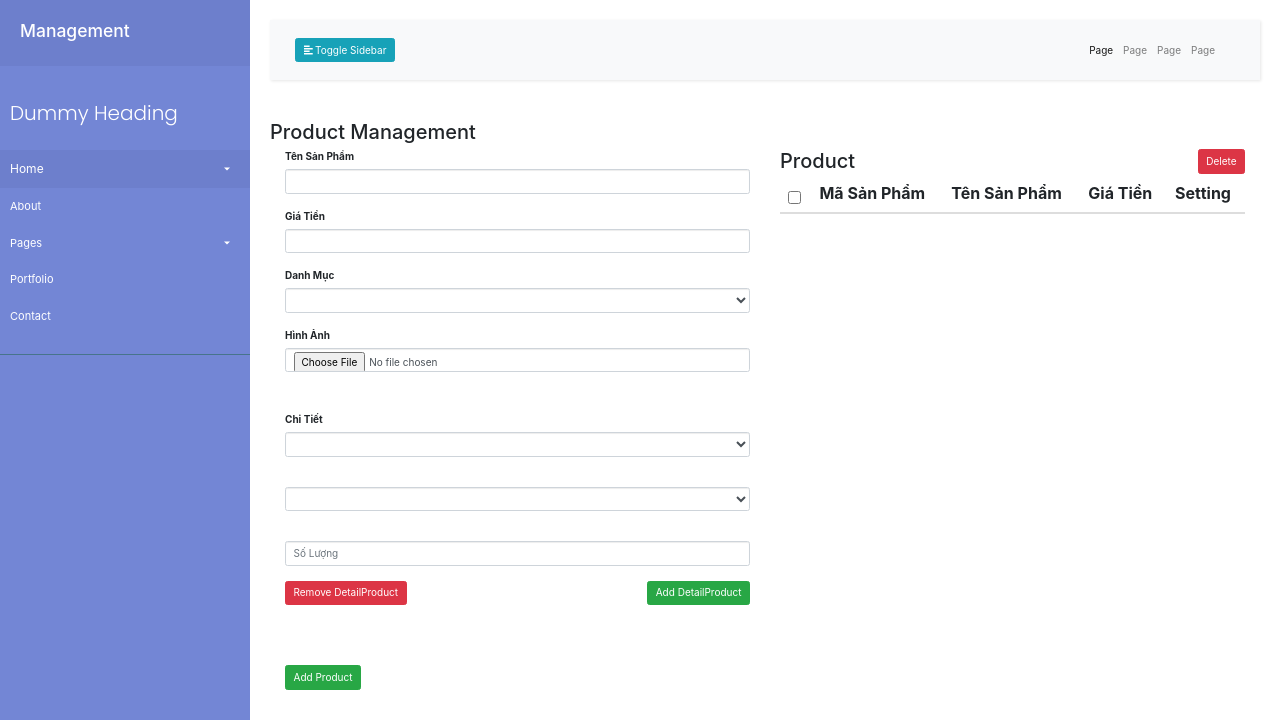
Repository: tiendungnguyen738/shoponline
Page: http://localhost/shoponline/WEB-INF/views/Product_Admin.jsp
An editor plug-in stored every save of this project. The page is shown before and after the next save, followed by the edit.
The browser window is 1280 px wide. The pictures show the whole page.
Some web libraries are served in a nearby version. The page is served by Tomcat 9. Nobody is signed in. Other server files are loaded and not shown. The template is opened directly, without the code that normally fills it, so the values that code supplies are empty.

Above is the page before, as saved 2019-09-24 13:55:46.

### shoponline/src/main/webapp/WEB-INF/views/Product_Admin.jsp
<%@ taglib prefix="c" uri="http://java.sun.com/jsp/jstl/core"%>
<%@ page contentType="text/html;charset=UTF-8" language="java"%>

<html>
<head>
	<title>Product-Manage</title>
	<meta charset="utf-8">
	<link rel="stylesheet"
		href="https://maxcdn.bootstrapcdn.com/bootstrap/3.4.0/css/bootstrap.min.css">
	<link rel="stylesheet"
		href="<c:url value='/resources/admin/product-admin.css'/>" />
 	<link rel="stylesheet"
		href="<c:url value='/resources/admin/style.css'/>" />

	<meta name="viewport" content="width=device-width, initial-scale=1.0">
	<meta http-equiv="X-UA-Compatible" content="IE=edge">

	<link rel="stylesheet"
		href="https://stackpath.bootstrapcdn.com/bootstrap/4.1.0/css/bootstrap.min.css"
		integrity="sha384-9gVQ4dYFwwWSjIDZnLEWnxCjeSWFphJiwGPXr1jddIhOegiu1FwO5qRGvFXOdJZ4"
		crossorigin="anonymous">
	<script defer
		src="https://use.fontawesome.com/releases/v5.0.13/js/solid.js"
		integrity="sha384-tzzSw1/Vo+0N5UhStP3bvwWPq+uvzCMfrN1fEFe+xBmv1C/AtVX5K0uZtmcHitFZ"
		crossorigin="anonymous"></script>
	<script defer
		src="https://use.fontawesome.com/releases/v5.0.13/js/fontawesome.js"
		integrity="sha384-6OIrr52G08NpOFSZdxxz1xdNSndlD4vdcf/q2myIUVO0VsqaGHJsB0RaBE01VTOY"
		crossorigin="anonymous"></script>

</head>
<body>
	<div class="wrapper">
		<nav id="sidebar">
			<div class="sidebar-header">
				<h3>Management</h3>
			</div>

			<ul class="list-unstyled components">
				<p>Dummy Heading</p>
				<li class="active"><a href="#homeSubmenu"
					data-toggle="collapse" aria-expanded="false"
					class="dropdown-toggle">Home</a>
					<ul class="collapse list-unstyled" id="homeSubmenu">
						<li><a href="#">Home 1</a></li>
						<li><a href="#">Home 2</a></li>
						<li><a href="#">Home 3</a></li>
					</ul></li>
				<li><a href="#">About</a></li>
				<li><a href="#pageSubmenu" data-toggle="collapse"
					aria-expanded="false" class="dropdown-toggle">Pages</a>
					<ul class="collapse list-unstyled" id="pageSubmenu">
						<li><a href="#">Page 1</a></li>
						<li><a href="#">Page 2</a></li>
						<li><a href="#">Page 3</a></li>
					</ul></li>
				<li><a href="#">Portfolio</a></li>
				<li><a href="#">Contact</a></li>
			</ul>

		</nav>
		<div id="content">

			<nav class="navbar navbar-expand-lg navbar-light bg-light">
				<div class="container-fluid">

					<button type="button" id="sidebarCollapse" class="btn btn-info">
						<i class="fas fa-align-left"></i> <span>Toggle Sidebar</span>
					</button>
					<button class="btn btn-dark d-inline-block d-lg-none ml-auto"
						type="button" data-toggle="collapse"
						data-target="#navbarSupportedContent"
						aria-controls="navbarSupportedContent" aria-expanded="false"
						aria-label="Toggle navigation">
						<i class="fas fa-align-justify"></i>
					</button>

					<div class="collapse navbar-collapse" id="navbarSupportedContent">
						<ul class="nav navbar-nav ml-auto">
							<li class="nav-item active"><a class="nav-link" href="#">Page</a>
							</li>
							<li class="nav-item"><a class="nav-link" href="#">Page</a></li>
							<li class="nav-item"><a class="nav-link" href="#">Page</a></li>
							<li class="nav-item"><a class="nav-link" href="#">Page</a></li>
						</ul>
					</div>
				</div>
			</nav>

			<h2>Product Management</h2>
			<div class="col-md-6 col-sm-12 form-group">
				<form id="form-sanpham">
					<label>Tên Sản Phẩm</label> <input type="text" class="form-control"
						id="tenSanPham" name="tenSanPham"></br> <label>Giá Tiền</label>
					<input type="text" class="form-control" id="giaTien" name="giaTien"></br>

					<label for="danhmucsanpham">Danh Mục</label><br> <select
						id="danhmucsanpham" name="danhmucsanpham" class="form-control">
						<c:forEach items="${categoryList}" var="categoryList">
							<option value="${categoryList.category_id}">${categoryList.category_name}</option>
						</c:forEach>
					</select><br /> <label>Hình Ảnh</label> <input type="file"
						class="form-control" id="uploadhinhanh" name="uploadhinhanh"></br>
					<br />
				</form>
				<div id="containerChitietsanpham">

					<div class="chitietsanpham">
						<label>Chi Tiết</label></br> <select name="size" class="form-control">
							<c:forEach items="${sizeList}" var="sizeList">
								<option value="${sizeList.id}">${sizeList.sizeName}</option>
							</c:forEach>
						</select></br>
						</br> <select name="mau" class="form-control">
							<c:forEach items="${colorList}" var="colorList">
								<option value="${colorList.id}">${colorList.colorName}</option>
							</c:forEach>
						</select></br>
						</br> <input type="number" name="soluong" class="form-control"
							placeholder="Số Lượng" /></br>
						<button type="button" class="btn btn-danger btn-remove"
							style="display: inline;">Remove DetailProduct</button>
						<button type="button" class="btn btn-success btn-detail"
							style="float: right; display: inline;">Add DetailProduct</button>
						</br>
					</div>
					</br>
					</br>
				</div>

				<div class="chitietsanpham" id="idChiTietSanPham">
					<label>Chi Tiết</label></br> <select name="size" class="form-control"
						id="size1">
						<c:forEach items="${sizeList}" var="sizeList">
							<option value="${sizeList.id}">${sizeList.sizeName}</option>
						</c:forEach>
					</select></br>
					</br> <select name="mau" class="form-control" id="mau1">
						<c:forEach items="${colorList}" var="colorList">
							<option value="${colorList.id}">${colorList.colorName}</option>
						</c:forEach>
					</select></br>
					</br> <input type="number" name="soluong" id="soLuong1"
						class="form-control" placeholder="Số Lượng" /></br>
					<button type="button" class="btn btn-danger btn-remove"
						style="display: inline;">Remove DetailProduct</button>
					<button type="button" class="btn btn-success btn-detail"
						style="float: right; display: inline;">Add DetailProduct</button>
					</br>
					<br />
					<button type="button" class="btn btn-dark" id="cancel">Cancel</button>
					<button type="button" class="btn btn-primary capNhatSanPham"
						id="capNhatSanPham">Update Product</button>
				</div>
				</br>
				</br>
				<button id="btn-themSanPham" type="button" class="btn btn-success">Add
					Product</button>

			</div>
			<div class="col-md-6 col-sm-12">
				<div>
					<h2 style="display: inline;">Product</h2>
					<button type="button" class="btn btn-danger" id="button-delete"
						style="float: right; display: inline;">Delete</button>
				</div>
				<table class="table table-hover" id="table-product">
					<thead>
						<tr>
							<th><input type="checkbox" class="AllCheckBox" id="allBox"></th>
							<th>Mã Sản Phẩm</th>
							<th>Tên Sản Phẩm</th>
							<th>Giá Tiền</th>
							<th>Setting</th>
						</tr>
					</thead>
					<tbody>
						<c:forEach items="${productList1}" var="pro">
							<tr>
								<td><input type="checkbox" value="${pro.id}" name="sport" /></td>
								<td>${pro.id}</td>
								<td>${pro.productName}</td>
								<td>${pro.price}</td>
								<td><button type="button" class="btn btn-warning"
										value="${pro.id}" id="editProduct">Edit</button></td>
							</tr>
						</c:forEach>
					</tbody>
				</table>
				<ul
					style="display: inline; list-style-type: none; margin-left: -6%;">
					<c:forEach begin="1" end="${tongSoTrang}" var="trangThu">
						<li style="display: inline; margin-right: 0.2%;"><a
							href="/shoponline/admin-product/${trangThu}"
							style="padding: 7px 10px; border-radius: 5px; border: 1px blue solid;"><c:out
									value="${trangThu}" /></a></li>
					</c:forEach>
				</ul>
			</div>


		</div>
	</div>

	<script src="https://code.jquery.com/jquery-3.3.1.slim.min.js"
		integrity="sha384-q8i/X+965DzO0rT7abK41JStQIAqVgRVzpbzo5smXKp4YfRvH+8abtTE1Pi6jizo"
		crossorigin="anonymous"></script>
	<!-- Popper.JS -->
	<script
		src="https://cdnjs.cloudflare.com/ajax/libs/popper.js/1.14.0/umd/popper.min.js"
		integrity="sha384-cs/chFZiN24E4KMATLdqdvsezGxaGsi4hLGOzlXwp5UZB1LY//20VyM2taTB4QvJ"
		crossorigin="anonymous"></script>
	<!-- Bootstrap JS -->
	<script
		src="https://stackpath.bootstrapcdn.com/bootstrap/4.1.0/js/bootstrap.min.js"
		integrity="sha384-uefMccjFJAIv6A+rW+L4AHf99KvxDjWSu1z9VI8SKNVmz4sk7buKt/6v9KI65qnm"
		crossorigin="anonymous"></script>

	<script type="text/javascript">
		$(document).ready(function() {
			$('#sidebarCollapse').on('click', function() {
				$('#sidebar').toggleClass('active');
			});
		});
	</script>
</body>

	<script src="http://code.jquery.com/jquery-1.9.1.js"></script>
	<script src="http://malsup.github.com/jquery.form.js"></script>
	<script type="text/javascript" src="<c:url value='/resources/js/productManage.js'/>"></script>

</html>

### shoponline/src/main/webapp/resources/admin/product-admin.css
#idChiTietSanPham{
	 display:none;
}

### shoponline/src/main/webapp/resources/admin/style.css
/*
    DEMO STYLE
*/

@import "https://fonts.googleapis.com/css?family=Poppins:300,400,500,600,700";
body {
    font-family: 'Poppins', sans-serif;
    background: #fafafa;
}

p {
    font-family: 'Poppins', sans-serif;
    font-size: 2em;
    font-weight: 300;
    line-height: 1.7em;
    color: #999;
}

a,
a:hover,
a:focus {
    color: inherit;
    text-decoration: none;
    transition: all 0.3s;
}

.navbar {
    padding: 15px 10px;
    background: #fff;
    border: none;
    border-radius: 0;
    margin-bottom: 40px;
    box-shadow: 1px 1px 3px rgba(0, 0, 0, 0.1);
}

.navbar-btn {
    box-shadow: none;
    outline: none !important;
    border: none;
}

.line {
    width: 100%;
    height: 1px;
    border-bottom: 1px dashed #ddd;
    margin: 40px 0;
}

/* ---------------------------------------------------
    SIDEBAR STYLE
----------------------------------------------------- */

.wrapper {
    display: flex;
    width: 100%;
    align-items: stretch;
}

#sidebar {
    min-width: 250px;
    max-width: 250px;
    background: #7386D5;
    color: #fff;
    transition: all 0.3s;
}

#sidebar.active {
    margin-left: -250px;
}

#sidebar .sidebar-header {
    padding: 20px;
    background: #6d7fcc;
}

#sidebar ul.components {
    padding: 20px 0;
    border-bottom: 1px solid #47748b;
}

#sidebar ul p {
    color: #fff;
    padding: 10px;
}

#sidebar ul li a {
    padding: 10px;
    font-size: 1.1em;
    display: block;
    color: white;
}

#sidebar ul li a:hover {
    color: #7386D5;
    background: #fff;
}

#sidebar ul li.active>a,
a[aria-expanded="true"] {
    color: #fff;
    background: #6d7fcc;
     font-size: 1.2em;
}

a[data-toggle="collapse"] {
    position: relative;
}

.dropdown-toggle::after {
    display: block;
    position: absolute;
    top: 50%;
    right: 20px;
    transform: translateY(-50%);
}

ul ul a {
    font-size: 0.9em !important;
    padding-left: 30px !important;
    background: #6d7fcc;
}

ul.CTAs {
    padding: 20px;
}

ul.CTAs a {
    text-align: center;
    font-size: 0.9em !important;
    display: block;
    border-radius: 5px;
    margin-bottom: 5px;
}

a.download {
    background: #fff;
    color: #7386D5;
}

a.article,
a.article:hover {
    background: #6d7fcc !important;
    color: #fff !important;
}

/* ---------------------------------------------------
    CONTENT STYLE
----------------------------------------------------- */

#content {
    width: 100%;
    padding: 20px;
    min-height: 100vh;
    transition: all 0.3s;
}

/* ---------------------------------------------------
    MEDIAQUERIES
----------------------------------------------------- */

@media (max-width: 768px) {
    #sidebar {
        margin-left: -250px;
    }
    #sidebar.active {
        margin-left: 0;
    }
    #sidebarCollapse span {
        display: none;
    }
}

### shoponline/src/main/webapp/resources/js/productManage.js
$(document).ready(function(){
	var idProduct = 0;
    var files= [];
	var nameImage = "";
	$("#uploadhinhanh").change(function(event){
		 files = event.target.files;
	       nameImage = files[0].name;
	       var forms = new FormData();
	       forms.append("file",files[0]);
	       $.ajax({
	           url:"/shoponline/api-product-manage/upload-image",
	           type:"POST",
	           data:forms,
	           processData: false,
	           contentType: false,
	           enctype:"multipart/form-data",
	           success:function(value){
	               alert("upload thanh cong");
	           }
	       })
	})

	$("body").on("click",".btn-detail",function(){
		var This = $("#idChiTietSanPham").clone();
		This.removeAttr("id");
		This.appendTo($("#containerChitietsanpham"));
	})

	$("body").delegate(".btn-remove","click",function(){
		this.closest(".chitietsanpham").remove();
	})

	$("body").on("click","#btn-themSanPham",function(){
		var productForm = {};
		var productDetail =[];

		var form  = $("#form-sanpham").serializeArray();
		$.each(form, function(i, field){
		   productForm[field.name] = field.value;
		  });

		$("#containerChitietsanpham > .chitietsanpham").each(function(){
			objectChiTiet = {};
            mauSanPham = $(this).find('select[name="mau"]').val();
            sizeSanPham = $(this).find('select[name="size"]').val();
            soLuong = $(this).find('input[name="soluong"]').val();

            objectChiTiet["mauSanPham"] = mauSanPham;
            objectChiTiet["sizeSanPham"] = sizeSanPham;
            objectChiTiet["soLuong"] = soLuong;

            productDetail.push(objectChiTiet);
		});

		productForm["productDetail"] = productDetail;
		productForm["nameImage"] = nameImage;
		var formInfor = JSON.stringify(productForm);
		console.log(formInfor);
		$.ajax({
			 url:"/shoponline/api-product-manage/add-product",
			 type:"POST",
			 data:{
				 formInfor:formInfor
			 },
			 success:function(value){
				 alert("add success");
			 }

		})
	})

	$("body").on("click","#editProduct",function(){
        $("#btn-themSanPham").addClass("hide");
        $("#uploadhinhanh").prop('readonly', true);
		idProduct = $(this).closest("tr").find("input[name='sport']").val();
		$.ajax({
			url:"/shoponline/api-product-manage/edit-product",
			type:"POST",
			data:{
				idProduct:idProduct
			},
			success:function(value){
				   $("#tenSanPham").val(value.productName);
	               $("#giaTien").val(value.price);
	               $("#danhmucsanpham").val(value.category.category_id);

	               $("#containerChitietsanpham").html("");

	               for( i in value.productsDetail){
	                   var chitietsanpham = $("#idChiTietSanPham").clone().removeAttr("id");
	                   chitietsanpham.find("#mau1").val(value.productsDetail[i].color.id);
	                   chitietsanpham.find("#size1").val(value.productsDetail[i].size.id);
	                   chitietsanpham.find("#soLuong1").val(value.productsDetail[i].soLuong);
	                   $("#containerChitietsanpham").append(chitietsanpham);
	               }
	               $("#cancel").removeClass("hide");
	               $("#capNhatSanPham").removeClass("hide");
			}
		})
	})

	$("body").on("click","#cancel",function(){
       $("#btn-themSanPham").removeClass("hide");
       $(this).addClass("hide");
       $("#capNhatSanPham").addClass("hide");
   })

	$("#allBox").change(function(){
       if(this.checked){
           $("#table-product input").each(function () {
                $(this).prop("checked",true);
           })
       }else {
           $("#table-product input").each(function () {
               $(this).prop("checked",false);
           })
       }
   })

   $("#button-delete").click(function(){
	   var idProduct;
	   $("#table-product input[name='sport']:checked").each(function () {
		   idProduct = $(this).val();
		   var This = $(this);
		   $.ajax({
			   url:"/shoponline/api-product-manage/delete-product",
			   type:"POST",
			   data:{
				   idProduct:idProduct
			   },
			   success:function(value){
				   alert("delete success !!!");
				   This.closest("tr").remove();
			   }
		   })
      })
   })

	$("body").on("click","#capNhatSanPham",function(){
		var formData = $("#form-sanpham").serializeArray();
        json = {};
        arrayChiTiet = [];
        $("#containerChitietsanpham > .chitietsanpham").each(function(){
            objectChiTiet = {};
            mauSanPham = $(this).find('select[name="mau"]').val();
            sizeSanPham = $(this).find('select[name="size"]').val();
            soLuong = $(this).find('input[name="soluong"]').val();

            objectChiTiet["mauSanPham"] = mauSanPham;
            objectChiTiet["sizeSanPham"] = sizeSanPham;
            objectChiTiet["soLuong"] = soLuong;

            arrayChiTiet.push(objectChiTiet);
        })

        $.each(formData,function(i,field){
            json[field.name] = field.value;
        })
        json["chiTietSanPham"] = arrayChiTiet;
        json["idProduct"] = idProduct;
        $.ajax({
            url:"/shoponline/api-product-manage/capNhapSanPham",
            type:"POST",
            data:{
                dataJson:JSON.stringify(json)
            },
            success:function(value){
                alert("update product success");
            }
        })
	})


})

After the next save:
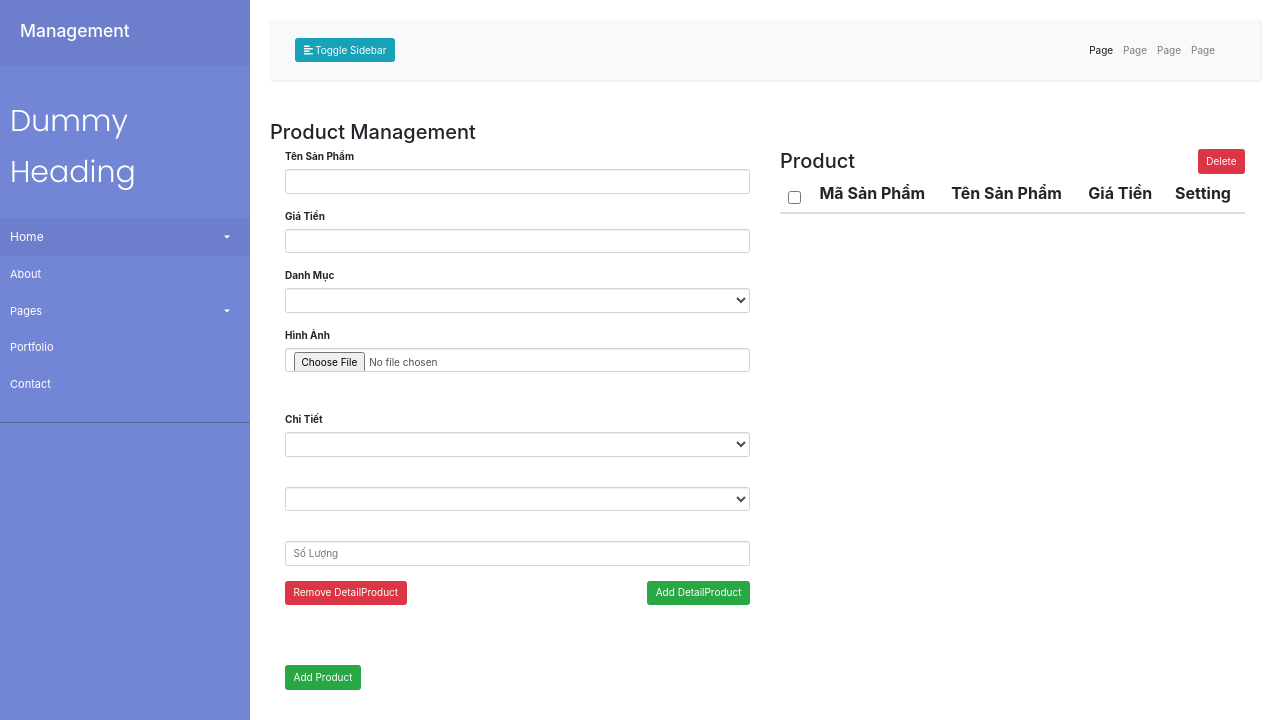
Saved 41 s later.
--- a/shoponline/src/main/webapp/resources/admin/style.css
+++ b/shoponline/src/main/webapp/resources/admin/style.css
@@ -10,7 +10,7 @@ body {
 
 p {
     font-family: 'Poppins', sans-serif;
-    font-size: 2em;
+    font-size: 3em;
     font-weight: 300;
     line-height: 1.7em;
     color: #999;
